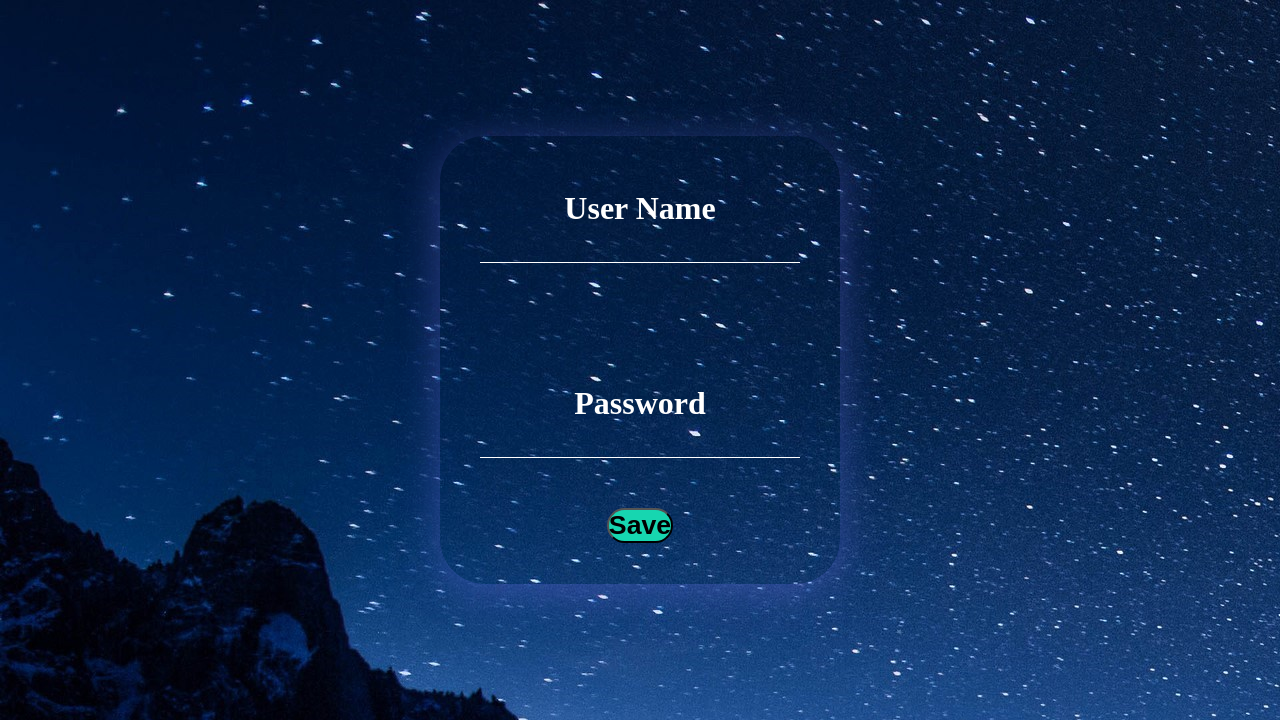
Repository: rkrukshan/Glass_Login_CSS
Page: login.html
These files come from the project's save history. The page is drawn as it stood at one moment and after the next save; the edit follows.
The browser window is 1280 px wide. The pictures show the whole page.

Above is the page before, as saved 2023-10-03 20:29:16.

After the next save:
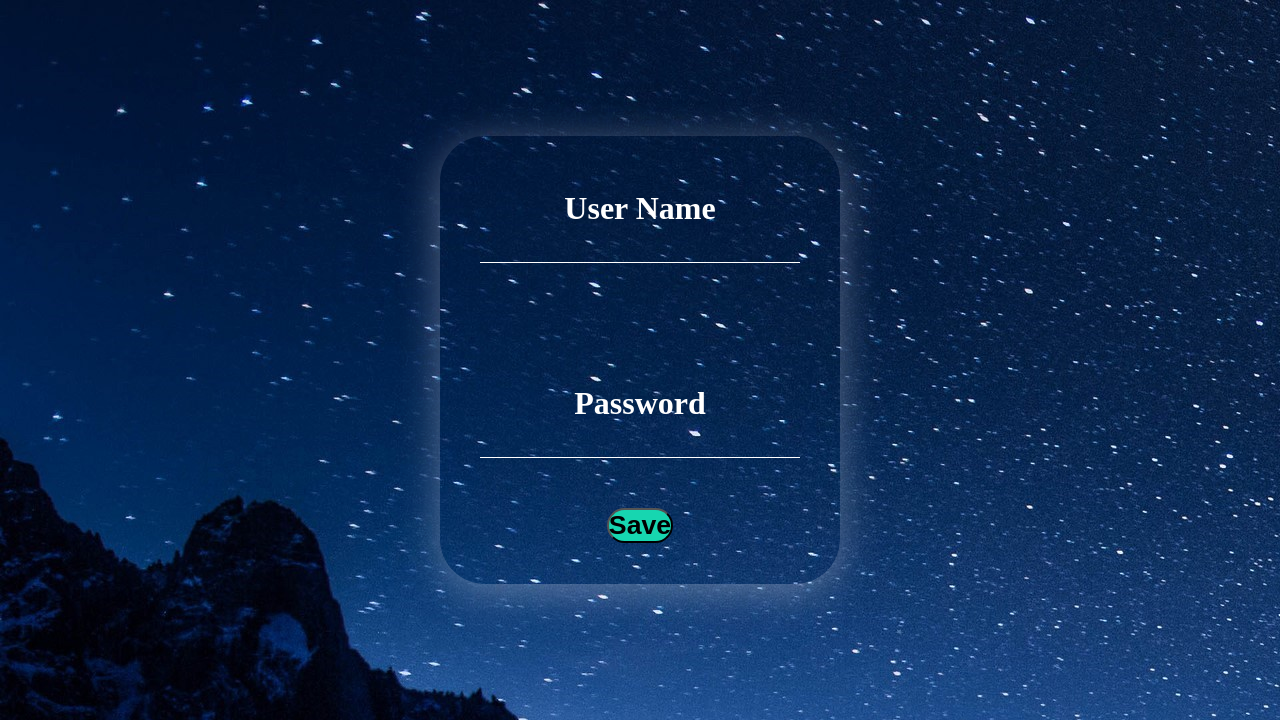
Saved 7 s later.
--- a/login.html
+++ b/login.html
@@ -22,7 +22,7 @@
             width: 25rem;
             height: 28rem;
             flex-direction: column;
-            box-shadow: 0 8px 41px 0 rgba(123, 121, 255, 0.37);
+            box-shadow: 0 8px 41px 0 rgba(235, 235, 255, 0.37);
             border-radius: 45px;
             background: transparent;
         }
